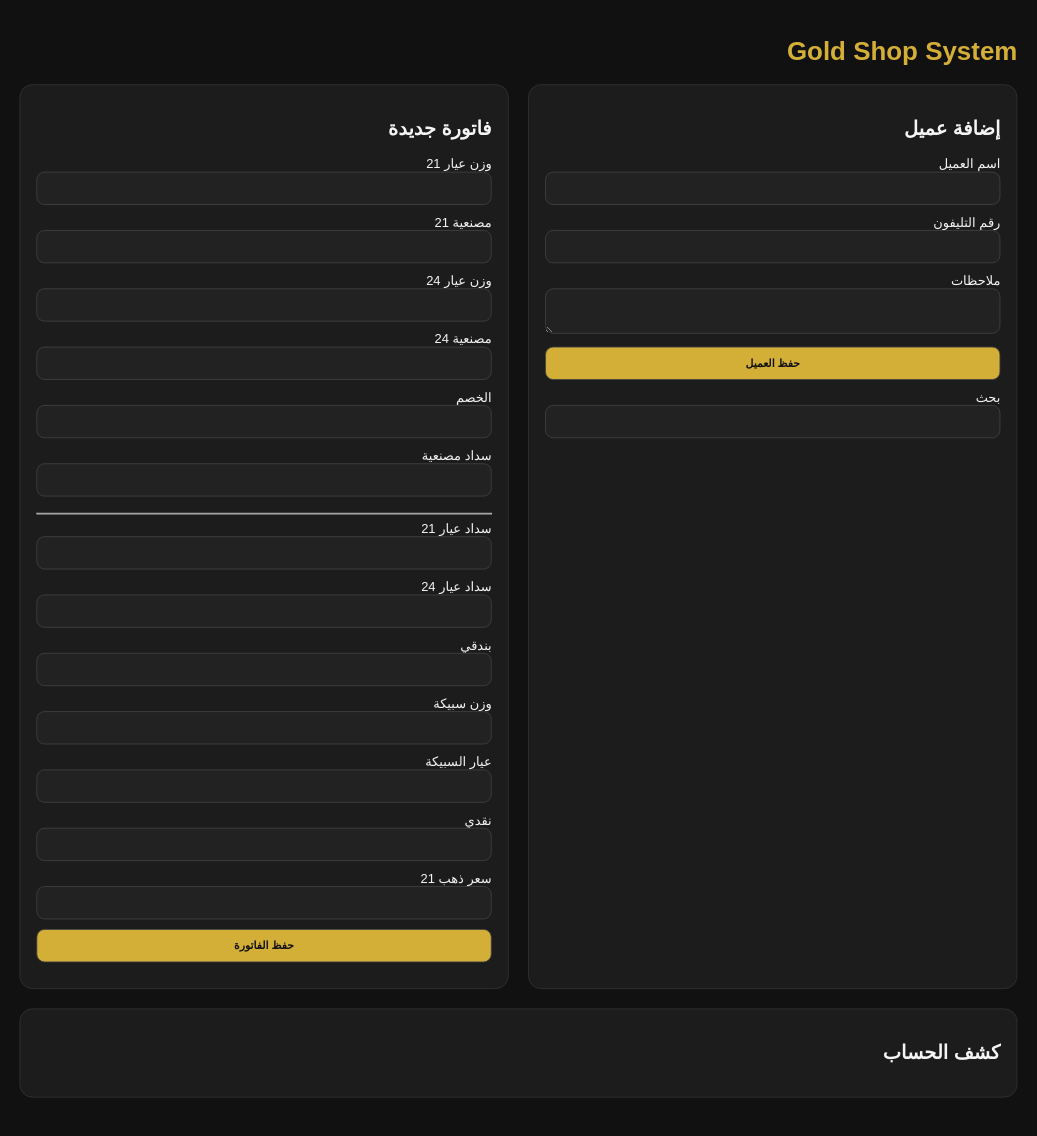
Repository: erineehab27/gold-shop
Page: /
These files come from the project's save history. The page is drawn as it stood at one moment and after the next save; the edit follows.
The browser window is 1280 px wide. The pictures show the whole page, at 81% of full size.
The project was rebuilt for these pictures with package versions that can differ from the ones it lists, and the page was loaded fresh each time. Also part of the build but not shown: vite.config.js.

Above is the page before, as saved 2026-05-09 23:32:16.

### index.html
<!doctype html>
<html lang="en">
  <head>
    <meta charset="UTF-8" />
    <link rel="icon" type="image/svg+xml" href="/favicon.svg" />
    <meta name="viewport" content="width=device-width, initial-scale=1.0" />
    <title>gold-shop-system</title>
  </head>
  <body>
    <div id="root"></div>
    <script type="module" src="/src/main.jsx"></script>
  </body>
</html>

### src/main.jsx
import React from "react";
import ReactDOM from "react-dom/client";
import App from "./App.jsx";

ReactDOM.createRoot(document.getElementById("root")).render(
  <React.StrictMode>
    <App />
  </React.StrictMode>
);

### src/App.jsx


// import { useEffect, useState } from "react";
// import "./App.css";

// export default function App() {
//   const [customers, setCustomers] = useState([]);
//   const [selectedCustomer, setSelectedCustomer] = useState(null);
//   const [search, setSearch] = useState("");

//   const [customerForm, setCustomerForm] = useState({
//     name: "",
//     phone: "",
//     notes: "",
//   });

//   const [invoiceForm, setInvoiceForm] = useState({
//     type: "sale",

//     weight21: "",
//     workmanship21: "",

//     weight24: "",
//     workmanship24: "",

//     discount: "",

//     pay21: "",
//     pay24: "",
//     payCash: "",
//     goldPrice21: "",
//     payNugget: "",
//     payBarWeight: "",
//     payBarKarat: "",

//     payWorkmanship: "", // 🔥 سداد المصنعية
//   });

//   const [invoices, setInvoices] = useState([]);

//   useEffect(() => {
//     const savedCustomers = JSON.parse(localStorage.getItem("customers")) || [];
//     const savedInvoices = JSON.parse(localStorage.getItem("invoices")) || [];

//     setCustomers(savedCustomers);
//     setInvoices(savedInvoices);
//   }, []);

//   // 🔥 تقريب لرقمين عشري
//   const fix = (num) => Number(num.toFixed(2));

//   const to21_from24 = (w) => fix(w * (999.9 / 875));
//   const nuggetTo21 = (w) => fix(w * (991 / 875));
//   const barTo21 = (w, k) => fix((w * k) / 875);
//   const cashTo21 = (cash, price) => fix(price ? cash / price : 0);

//   const addCustomer = (e) => {
//     e.preventDefault();

//     if (!customerForm.name) return alert("اكتب اسم العميل");

//     const newCustomer = { id: Date.now(), ...customerForm };

//     const updated = [...customers, newCustomer];
//     setCustomers(updated);
//     localStorage.setItem("customers", JSON.stringify(updated));

//     setCustomerForm({ name: "", phone: "", notes: "" });

//     alert("تم حفظ العميل ✅");
//   };

//   const addInvoice = (e) => {
//     e.preventDefault();

//     if (!selectedCustomer) return alert("اختار عميل");

//     const w21 = Number(invoiceForm.weight21 || 0);
//     const w24 = Number(invoiceForm.weight24 || 0);

//     const eq21_from24 = to21_from24(w24);
//     const totalWeight21 = fix(w21 + eq21_from24);

//     // المصنعيات
//     const workmanshipTotal = fix(
//       Number(invoiceForm.workmanship21 || 0) +
//         Number(invoiceForm.workmanship24 || 0) -
//         Number(invoiceForm.discount || 0)
//     );

//     const payWorkmanship = Number(invoiceForm.payWorkmanship || 0);
//     const remainingWorkmanship = fix(workmanshipTotal - payWorkmanship);

//     // السداد
//     const pay21 = Number(invoiceForm.pay21 || 0);
//     const pay24 = to21_from24(Number(invoiceForm.pay24 || 0));
//     const payNuggetVal = nuggetTo21(Number(invoiceForm.payNugget || 0));
//     const payBarVal = barTo21(
//       Number(invoiceForm.payBarWeight || 0),
//       Number(invoiceForm.payBarKarat || 0)
//     );
//     const payCashVal = cashTo21(
//       Number(invoiceForm.payCash || 0),
//       Number(invoiceForm.goldPrice21 || 0)
//     );

//     const totalPaid21 = fix(
//       pay21 + pay24 + payNuggetVal + payBarVal + payCashVal
//     );

//     const remainingGold = fix(totalWeight21 - totalPaid21);

//     const newInvoice = {
//       id: Date.now(),
//       customer_id: selectedCustomer.id,
//       totalWeight21,
//       workmanshipTotal,
//       totalPaid21,
//       remainingGold,
//       remainingWorkmanship, // 🔥 المتبقي مصنعية
//       date: new Date().toLocaleString(),
//     };

//     const updated = [...invoices, newInvoice];
//     setInvoices(updated);
//     localStorage.setItem("invoices", JSON.stringify(updated));

//     alert("تم حفظ الفاتورة ✅");
//   };

//   const customerInvoices = invoices.filter(
//     (inv) => inv.customer_id === selectedCustomer?.id
//   );

//   const handleSearch = (value) => {
//     setSearch(value);
//     const all = JSON.parse(localStorage.getItem("customers")) || [];

//     if (!value) return setCustomers(all);

//     const filtered = all.filter(
//       (c) =>
//         c.name.includes(value) ||
//         c.phone.includes(value) ||
//         String(c.id).includes(value)
//     );

//     setCustomers(filtered);
//   };

//   return (
//     <div className="app">
//       <h1>Gold Shop System</h1>

//       <div className="grid">
//         <section className="card">
//           <h2>إضافة عميل</h2>

//           <form onSubmit={addCustomer}>
//             <label>اسم العميل</label>
//             <input
//               value={customerForm.name}
//               onChange={(e) =>
//                 setCustomerForm({ ...customerForm, name: e.target.value })
//               }
//             />

//             <label>رقم التليفون</label>
//             <input
//               value={customerForm.phone}
//               onChange={(e) =>
//                 setCustomerForm({ ...customerForm, phone: e.target.value })
//               }
//             />

//             <label>ملاحظات</label>
//             <textarea
//               value={customerForm.notes}
//               onChange={(e) =>
//                 setCustomerForm({ ...customerForm, notes: e.target.value })
//               }
//             />

//             <button>حفظ العميل</button>
//           </form>

//           <label>بحث</label>
//           <input
//             value={search}
//             onChange={(e) => handleSearch(e.target.value)}
//           />

//           <div className="list">
//             {customers.map((c) => (
//               <div
//                 key={c.id}
//                 className="customer"
//                 onClick={() => setSelectedCustomer(c)}
//               >
//                 <strong>#{c.id} - {c.name}</strong>
//                 <span>{c.phone}</span>
//               </div>
//             ))}
//           </div>
//         </section>

//         <section className="card">
//           <h2>فاتورة جديدة</h2>

//           {selectedCustomer && <p>{selectedCustomer.name}</p>}

//           <form onSubmit={addInvoice}>
//             <label>وزن عيار 21</label>
//             <input onChange={(e) =>
//               setInvoiceForm({ ...invoiceForm, weight21: e.target.value })
//             } />

//             <label>مصنعية 21</label>
//             <input onChange={(e) =>
//               setInvoiceForm({ ...invoiceForm, workmanship21: e.target.value })
//             } />

//             <label>وزن عيار 24</label>
//             <input onChange={(e) =>
//               setInvoiceForm({ ...invoiceForm, weight24: e.target.value })
//             } />

//             <label>مصنعية 24</label>
//             <input onChange={(e) =>
//               setInvoiceForm({ ...invoiceForm, workmanship24: e.target.value })
//             } />

//             <label>الخصم</label>
//             <input onChange={(e) =>
//               setInvoiceForm({ ...invoiceForm, discount: e.target.value })
//             } />

//             <label>سداد مصنعية</label>
//             <input onChange={(e) =>
//               setInvoiceForm({ ...invoiceForm, payWorkmanship: e.target.value })
//             } />

//             <hr />

//             <label>سداد عيار 21</label>
//             <input onChange={(e) =>
//               setInvoiceForm({ ...invoiceForm, pay21: e.target.value })
//             } />

//             <label>سداد عيار 24</label>
//             <input onChange={(e) =>
//               setInvoiceForm({ ...invoiceForm, pay24: e.target.value })
//             } />

//             <label>بندقي</label>
//             <input onChange={(e) =>
//               setInvoiceForm({ ...invoiceForm, payNugget: e.target.value })
//             } />

//             <label>وزن سبيكة</label>
//             <input onChange={(e) =>
//               setInvoiceForm({ ...invoiceForm, payBarWeight: e.target.value })
//             } />

//             <label>عيار السبيكة</label>
//             <input onChange={(e) =>
//               setInvoiceForm({ ...invoiceForm, payBarKarat: e.target.value })
//             } />

//             <label>نقدي</label>
//             <input onChange={(e) =>
//               setInvoiceForm({ ...invoiceForm, payCash: e.target.value })
//             } />

//             <label>سعر ذهب 21</label>
//             <input onChange={(e) =>
//               setInvoiceForm({ ...invoiceForm, goldPrice21: e.target.value })
//             } />

//             <button>حفظ الفاتورة</button>
//           </form>
//         </section>
//       </div>

//       <section className="card">
//         <h2>كشف الحساب</h2>

//         {selectedCustomer && (
//           <table>
//             <thead>
//               <tr>
//                 <th>إجمالي 21</th>
//                 <th>مصنعية</th>
//                 <th>المتبقي مصنعية</th>
//                 <th>مدفوع 21</th>
//                 <th>المتبقي</th>
//                 <th>تاريخ</th>
//               </tr>
//             </thead>

//             <tbody>
//               {customerInvoices.map((inv) => (
//                 <tr key={inv.id}>
//                   <td>{inv.totalWeight21}</td>
//                   <td>{inv.workmanshipTotal}</td>
//                   <td>{inv.remainingWorkmanship}</td>
//                   <td>{inv.totalPaid21}</td>
//                   <td>{inv.remainingGold}</td>
//                   <td>{inv.date}</td>
//                 </tr>
//               ))}
//             </tbody>
//           </table>
//         )}
//       </section>
//     </div>
//   );
// }










import { useEffect, useState } from "react";
import "./App.css";

export default function App() {
  const [customers, setCustomers] = useState([]);
  const [selectedCustomer, setSelectedCustomer] = useState(null);
  const [search, setSearch] = useState("");

  const [customerForm, setCustomerForm] = useState({
    name: "",
    phone: "",
    notes: "",
  });

  const [invoiceForm, setInvoiceForm] = useState({
    type: "sale",

    weight21: "",
    workmanship21: "",

    weight24: "",
    workmanship24: "",

    discount: "",

    pay21: "",
    pay24: "",
    payCash: "",
    goldPrice21: "",
    payNugget: "",
    payBarWeight: "",
    payBarKarat: "",

    payWorkmanship: "", // 🔥 سداد المصنعية
  });

  const [invoices, setInvoices] = useState([]);

  useEffect(() => {
    const savedCustomers = JSON.parse(localStorage.getItem("customers")) || [];
    const savedInvoices = JSON.parse(localStorage.getItem("invoices")) || [];

    setCustomers(savedCustomers);
    setInvoices(savedInvoices);
  }, []);

  // 🔥 تقريب لرقمين عشري
  const fix = (num) => Number(num.toFixed(2));

  const to21_from24 = (w) => fix(w * (999.9 / 875));
  const nuggetTo21 = (w) => fix(w * (991 / 875));
  const barTo21 = (w, k) => fix((w * k) / 875);
  const cashTo21 = (cash, price) => fix(price ? cash / price : 0);

  const addCustomer = (e) => {
    e.preventDefault();

    if (!customerForm.name) return alert("اكتب اسم العميل");

    const newCustomer = { id: Date.now(), ...customerForm };

    const updated = [...customers, newCustomer];
    setCustomers(updated);
    localStorage.setItem("customers", JSON.stringify(updated));

    setCustomerForm({ name: "", phone: "", notes: "" });

    alert("تم حفظ العميل ✅");
  };

  const addInvoice = (e) => {
    e.preventDefault();

    if (!selectedCustomer) return alert("اختار عميل");

    const w21 = Number(invoiceForm.weight21 || 0);
    const w24 = Number(invoiceForm.weight24 || 0);

    const eq21_from24 = to21_from24(w24);
    const totalWeight21 = fix(w21 + eq21_from24);

    // المصنعيات
    const workmanshipTotal = fix(
      Number(invoiceForm.workmanship21 || 0) +
        Number(invoiceForm.workmanship24 || 0) -
        Number(invoiceForm.discount || 0)
    );

    const payWorkmanship = Number(invoiceForm.payWorkmanship || 0);
    const remainingWorkmanship = fix(workmanshipTotal - payWorkmanship);

    // السداد
    const pay21 = Number(invoiceForm.pay21 || 0);
    const pay24 = to21_from24(Number(invoiceForm.pay24 || 0));
    const payNuggetVal = nuggetTo21(Number(invoiceForm.payNugget || 0));
    const payBarVal = barTo21(
      Number(invoiceForm.payBarWeight || 0),
      Number(invoiceForm.payBarKarat || 0)
    );
    const payCashVal = cashTo21(
      Number(invoiceForm.payCash || 0),
      Number(invoiceForm.goldPrice21 || 0)
    );

    const totalPaid21 = fix(
      pay21 + pay24 + payNuggetVal + payBarVal + payCashVal
    );

    const remainingGold = fix(totalWeight21 - totalPaid21);

    const newInvoice = {
      id: Date.now(),
      customer_id: selectedCustomer.id,
      totalWeight21,
      workmanshipTotal,
      totalPaid21,
      remainingGold,
      remainingWorkmanship, // 🔥 المتبقي مصنعية
      date: new Date().toLocaleString(),
    };

    const updated = [...invoices, newInvoice];
    setInvoices(updated);
    localStorage.setItem("invoices", JSON.stringify(updated));

    alert("تم حفظ الفاتورة ✅");
  };

  const customerInvoices = invoices.filter(
    (inv) => inv.customer_id === selectedCustomer?.id
  );

  const handleSearch = (value) => {
    setSearch(value);
    const all = JSON.parse(localStorage.getItem("customers")) || [];

    if (!value) return setCustomers(all);

    const filtered = all.filter(
      (c) =>
        c.name.includes(value) ||
        c.phone.includes(value) ||
        String(c.id).includes(value)
    );

    setCustomers(filtered);
  };

  return (
    <div className="app">
      <h1>Gold Shop System</h1>

      <div className="grid">
        <section className="card">
          <h2>إضافة عميل</h2>

          <form onSubmit={addCustomer}>
            <label>اسم العميل</label>
            <input
              value={customerForm.name}
              onChange={(e) =>
                setCustomerForm({ ...customerForm, name: e.target.value })
              }
            />

            <label>رقم التليفون</label>
            <input
              value={customerForm.phone}
              onChange={(e) =>
                setCustomerForm({ ...customerForm, phone: e.target.value })
              }
            />

            <label>ملاحظات</label>
            <textarea
              value={customerForm.notes}
              onChange={(e) =>
                setCustomerForm({ ...customerForm, notes: e.target.value })
              }
            />

            <button>حفظ العميل</button>
          </form>

          <label>بحث</label>
          <input
            value={search}
            onChange={(e) => handleSearch(e.target.value)}
          />

          <div className="list">
            {customers.map((c) => (
              <div
                key={c.id}
                className="customer"
                onClick={() => setSelectedCustomer(c)}
              >
                <strong>#{c.id} - {c.name}</strong>
                <span>{c.phone}</span>
              </div>
            ))}
          </div>
        </section>

        <section className="card">
          <h2>فاتورة جديدة</h2>

          {selectedCustomer && <p>{selectedCustomer.name}</p>}

          <form onSubmit={addInvoice}>
            <label>وزن عيار 21</label>
            <input onChange={(e) =>
              setInvoiceForm({ ...invoiceForm, weight21: e.target.value })
            } />

            <label>مصنعية 21</label>
            <input onChange={(e) =>
              setInvoiceForm({ ...invoiceForm, workmanship21: e.target.value })
            } />

            <label>وزن عيار 24</label>
            <input onChange={(e) =>
              setInvoiceForm({ ...invoiceForm, weight24: e.target.value })
            } />

            <label>مصنعية 24</label>
            <input onChange={(e) =>
              setInvoiceForm({ ...invoiceForm, workmanship24: e.target.value })
            } />

            <label>الخصم</label>
            <input onChange={(e) =>
              setInvoiceForm({ ...invoiceForm, discount: e.target.value })
            } />

            <label>سداد مصنعية</label>
            <input onChange={(e) =>
              setInvoiceForm({ ...invoiceForm, payWorkmanship: e.target.value })
            } />

            <hr />

            <label>سداد عيار 21</label>
            <input onChange={(e) =>
              setInvoiceForm({ ...invoiceForm, pay21: e.target.value })
            } />

            <label>سداد عيار 24</label>
            <input onChange={(e) =>
              setInvoiceForm({ ...invoiceForm, pay24: e.target.value })
            } />

            <label>بندقي</label>
            <input onChange={(e) =>
              setInvoiceForm({ ...invoiceForm, payNugget: e.target.value })
            } />

            <label>وزن سبيكة</label>
            <input onChange={(e) =>
              setInvoiceForm({ ...invoiceForm, payBarWeight: e.target.value })
            } />

            <label>عيار السبيكة</label>
            <input onChange={(e) =>
              setInvoiceForm({ ...invoiceForm, payBarKarat: e.target.value })
            } />

            <label>نقدي</label>
            <input onChange={(e) =>
              setInvoiceForm({ ...invoiceForm, payCash: e.target.value })
            } />

            <label>سعر ذهب 21</label>
            <input onChange={(e) =>
              setInvoiceForm({ ...invoiceForm, goldPrice21: e.target.value })
            } />

            <button>حفظ الفاتورة</button>
          </form>
        </section>
      </div>

      <section className="card">
        <h2>كشف الحساب</h2>

        {selectedCustomer && (
          <table>
            <thead>
              <tr>
                <th>إجمالي 21</th>
                <th>مصنعية</th>
                <th>المتبقي مصنعية</th>
                <th>مدفوع 21</th>
                <th>المتبقي</th>
                <th>تاريخ</th>
              </tr>
            </thead>

            <tbody>
              {customerInvoices.map((inv) => (
                <tr key={inv.id}>
                  <td>{inv.totalWeight21}</td>
                  <td>{inv.workmanshipTotal}</td>
                  <td>{inv.remainingWorkmanship}</td>
                  <td>{inv.totalPaid21}</td>
                  <td>{inv.remainingGold}</td>
                  <td>{inv.date}</td>
                </tr>
              ))}
            </tbody>
          </table>
        )}
      </section>
    </div>
  );
}

### src/App.css
body {
  margin: 0;
  font-family: Arial, sans-serif;
  background: #111;
  color: #f5f5f5;
  direction: rtl;
}

.app {
  padding: 24px;
}

h1 {
  color: #d4af37;
}

.grid {
  display: grid;
  grid-template-columns: 1fr 1fr;
  gap: 24px;
}

.card {
  background: #1c1c1c;
  border: 1px solid #333;
  border-radius: 16px;
  padding: 20px;
  margin-bottom: 24px;
}

input,
textarea,
select,
button {
  width: 100%;
  padding: 12px;
  margin-bottom: 12px;
  border-radius: 10px;
  border: 1px solid #444;
  box-sizing: border-box;
}

input,
textarea,
select {
  background: #222;
  color: white;
}

button {
  background: #d4af37;
  color: #111;
  font-weight: bold;
  cursor: pointer;
}

.customer {
  padding: 12px;
  background: #222;
  margin-bottom: 8px;
  border-radius: 10px;
  cursor: pointer;
}

.customer:hover {
  background: #333;
}

.customer span {
  display: block;
  color: #aaa;
  margin-top: 4px;
}

table {
  width: 100%;
  border-collapse: collapse;
  margin-top: 16px;
}

th,
td {
  border: 1px solid #333;
  padding: 10px;
  text-align: center;
}

th {
  background: #222;
  color: #d4af37;
}

.debt {
  color: #ff6b6b;
}

.credit {
  color: #4ade80;
}

After the next save:
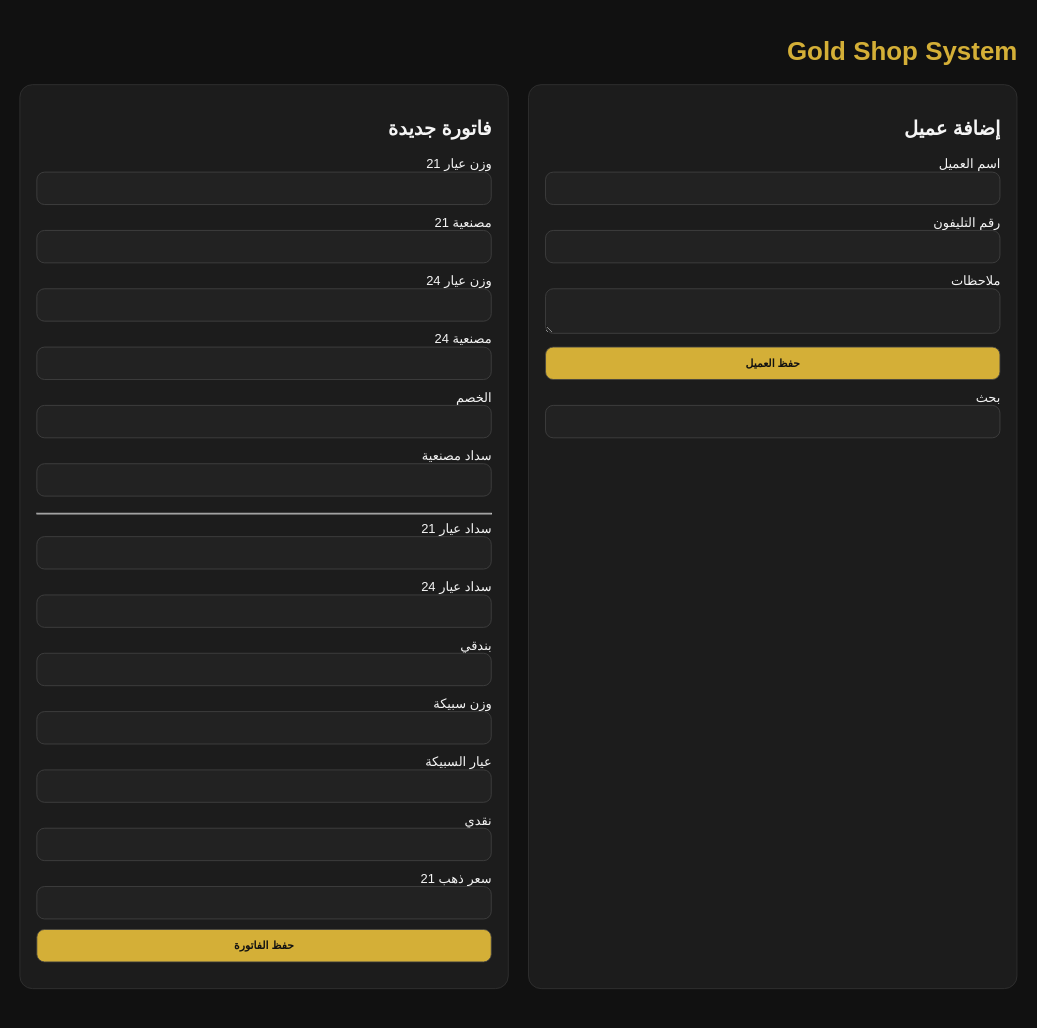
Saved 12 s later.
--- a/src/App.jsx
+++ b/src/App.jsx
@@ -608,37 +608,7 @@ export default function App() {
         </section>
       </div>
 
-      <section className="card">
-        <h2>كشف الحساب</h2>
-
-        {selectedCustomer && (
-          <table>
-            <thead>
-              <tr>
-                <th>إجمالي 21</th>
-                <th>مصنعية</th>
-                <th>المتبقي مصنعية</th>
-                <th>مدفوع 21</th>
-                <th>المتبقي</th>
-                <th>تاريخ</th>
-              </tr>
-            </thead>
-
-            <tbody>
-              {customerInvoices.map((inv) => (
-                <tr key={inv.id}>
-                  <td>{inv.totalWeight21}</td>
-                  <td>{inv.workmanshipTotal}</td>
-                  <td>{inv.remainingWorkmanship}</td>
-                  <td>{inv.totalPaid21}</td>
-                  <td>{inv.remainingGold}</td>
-                  <td>{inv.date}</td>
-                </tr>
-              ))}
-            </tbody>
-          </table>
-        )}
-      </section>
+
     </div>
   );
 }
